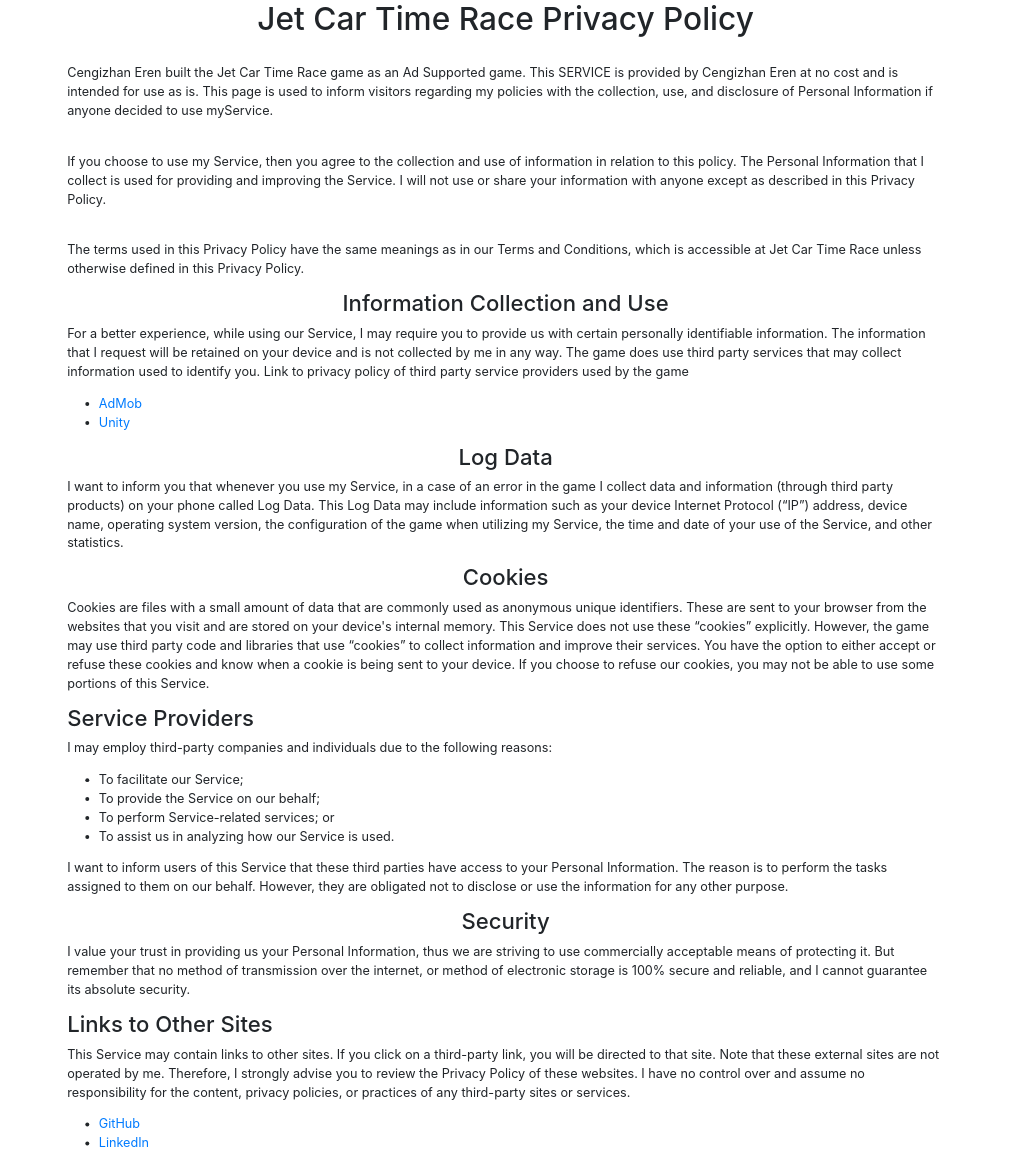
Repository: CengoCengo/cengocengo.github.io
Page: jetcartimeraceprivacypolicy.html
The author's editor kept a copy of each file at every save. The page is drawn from the files as they stood at one save, then again after the next save.
The browser window is 1280 px wide. The pictures show the whole page, at 79% of full size.

Above is the page before, as saved 2022-10-11 14:49:06.

### jetcartimeraceprivacypolicy.html
<!DOCTYPE html>
<html lang="en">
<head>
    <meta charset="UTF-8">
    <meta http-equiv="X-UA-Compatible" content="IE=edge">
    <meta name="viewport" content="width=device-width, initial-scale=1, user-scalable=no">
    <link rel="stylesheet" href="https://cdn.jsdelivr.net/npm/bootstrap@4.3.1/dist/css/bootstrap.min.css" integrity="sha384-ggOyR0iXCbMQv3Xipma34MD+dH/1fQ784/j6cY/iJTQUOhcWr7x9JvoRxT2MZw1T" crossorigin="anonymous">

    <!-- <script>
        var firstClick = false
        document.onclick= function(event) {
            if(firstClick == false) {
                var audio = document.createElement("AUDIO")
                audio.setAttribute('id','audioId');
                document.body.appendChild(audio);
                audio.src = "startup.mp3"
                audio.play()
            }
            firstClick = true
        }
    </script> -->


    <title>Jet Car Time Race Privacy Policy</title>
</head>
<body>

    <body class="container">

			<div id="main">
				<!-- Header -->
					<header id="header">
						<h1 class ="text-center">  Jet Car Time Race Privacy Policy </h1>
                        <br>
        				<p>Cengizhan Eren built the Jet Car Time Race game as an Ad Supported game. This SERVICE is provided by Cengizhan Eren at no cost and is intended for use as is. This page is used to inform visitors regarding my policies with the collection, use, and disclosure of Personal Information if anyone decided to use myService.</p> <br>
                        <p>
                            If you choose to use my Service, then you agree to the collection and use of information in relation to this policy. The Personal Information that I
collect is used for providing and improving the Service. I will not use or share your information with anyone except as described in this Privacy Policy.
                        </p>    <br>

                        <p>
                            The terms used in this Privacy Policy have the same meanings as in our Terms and Conditions, which is accessible at Jet Car Time Race unless
otherwise defined in this Privacy Policy.
                        </p>

                        <h3 class="text-center" >
                            Information Collection and Use
                        </h3>

                        <p>
                            For a better experience, while using our Service, I may require you to provide us with certain personally identifiable information. The information that I
request will be retained on your device and is not collected by me in any way.
The game does use third party services that may collect information used to identify you.
Link to privacy policy of third party service providers used by the game
                        </p>

                        <ul>
                            <li><a href="https://support.google.com/admob/answer/6128543?hl=en" target="_blank" class="icon brands fa-github"><span>AdMob</span></a></li>
							<li><a href="https://unity.com/legal/privacy-policy" target="_blank" class="icon brands fa-linkedin"><span>Unity</span></a></li>
                        </ul>

                        <h3 class="text-center">Log Data</h3>
                        <p>
                            I want to inform you that whenever you use my Service, in a case of an error in the game I collect data and information (through third party products)
on your phone called Log Data. This Log Data may include information such as your device Internet Protocol (“IP”) address, device name, operating
system version, the configuration of the game when utilizing my Service, the time and date of your use of the Service, and other statistics.
                        </p>

                        <h3 class="text-center">Cookies</h3>
                        <p>
                            Cookies are files with a small amount of data that are commonly used as anonymous unique identifiers. These are sent to your browser from the
websites that you visit and are stored on your device's internal memory.
This Service does not use these “cookies” explicitly. However, the game may use third party code and libraries that use “cookies” to collect information
and improve their services. You have the option to either accept or refuse these cookies and know when a cookie is being sent to your device. If you
choose to refuse our cookies, you may not be able to use some portions of this Service.
                        </p>

                        <h3>Service Providers</h3>
                        <p>
                            I may employ third-party companies and individuals due to the following reasons:
                        </p>

                        <ul>
                            <li>To facilitate our Service;</li>
                            <li>To provide the Service on our behalf;</li>
                            <li>To perform Service-related services; or </li>
                            <li>To assist us in analyzing how our Service is used.

                         </ul>

                        <p>
                            I want to inform users of this Service that these third parties have access to your Personal Information. The reason is to perform the tasks assigned to
them on our behalf. However, they are obligated not to disclose or use the information for any other purpose.
                        </p>

                        <h3 class="text-center">
                            Security
                        </h3>
                        <p>
                            I value your trust in providing us your Personal Information, thus we are striving to use commercially acceptable means of protecting it. But remember
that no method of transmission over the internet, or method of electronic storage is 100% secure and reliable, and I cannot guarantee its absolute
security.
                        </p>

                        <h3>
                            Links to Other Sites
                        </h3>
                        <p>
                            This Service may contain links to other sites. If you click on a third-party link, you will be directed to that site. Note that these external sites are not
operated by me. Therefore, I strongly advise you to review the Privacy Policy of these websites. I have no control over and assume no responsibility for
the content, privacy policies, or practices of any third-party sites or services.
                        </p>




						<nav>
							<ul>
								<li><a href="https://github.com/cengocengo" target="_blank" class="icon brands fa-github"><span>GitHub</span></a></li>
								<li><a href="https://www.linkedin.com/in/cengizhan-eren" target="_blank" class="icon brands fa-linkedin"><span>LinkedIn</span></a></li>
							</ul>
						</nav>
					</header>
			</div>

        <script src="https://code.jquery.com/jquery-3.3.1.slim.min.js" integrity="sha384-q8i/X+965DzO0rT7abK41JStQIAqVgRVzpbzo5smXKp4YfRvH+8abtTE1Pi6jizo" crossorigin="anonymous"></script>
        <script src="https://cdn.jsdelivr.net/npm/popper.js@1.14.7/dist/umd/popper.min.js" integrity="sha384-UO2eT0CpHqdSJQ6hJty5KVphtPhzWj9WO1clHTMGa3JDZwrnQq4sF86dIHNDz0W1" crossorigin="anonymous"></script>
        <script src="https://cdn.jsdelivr.net/npm/bootstrap@4.3.1/dist/js/bootstrap.min.js" integrity="sha384-JjSmVgyd0p3pXB1rRibZUAYoIIy6OrQ6VrjIEaFf/nJGzIxFDsf4x0xIM+B07jRM" crossorigin="anonymous"></script>
</body>
</html>

After the next save:
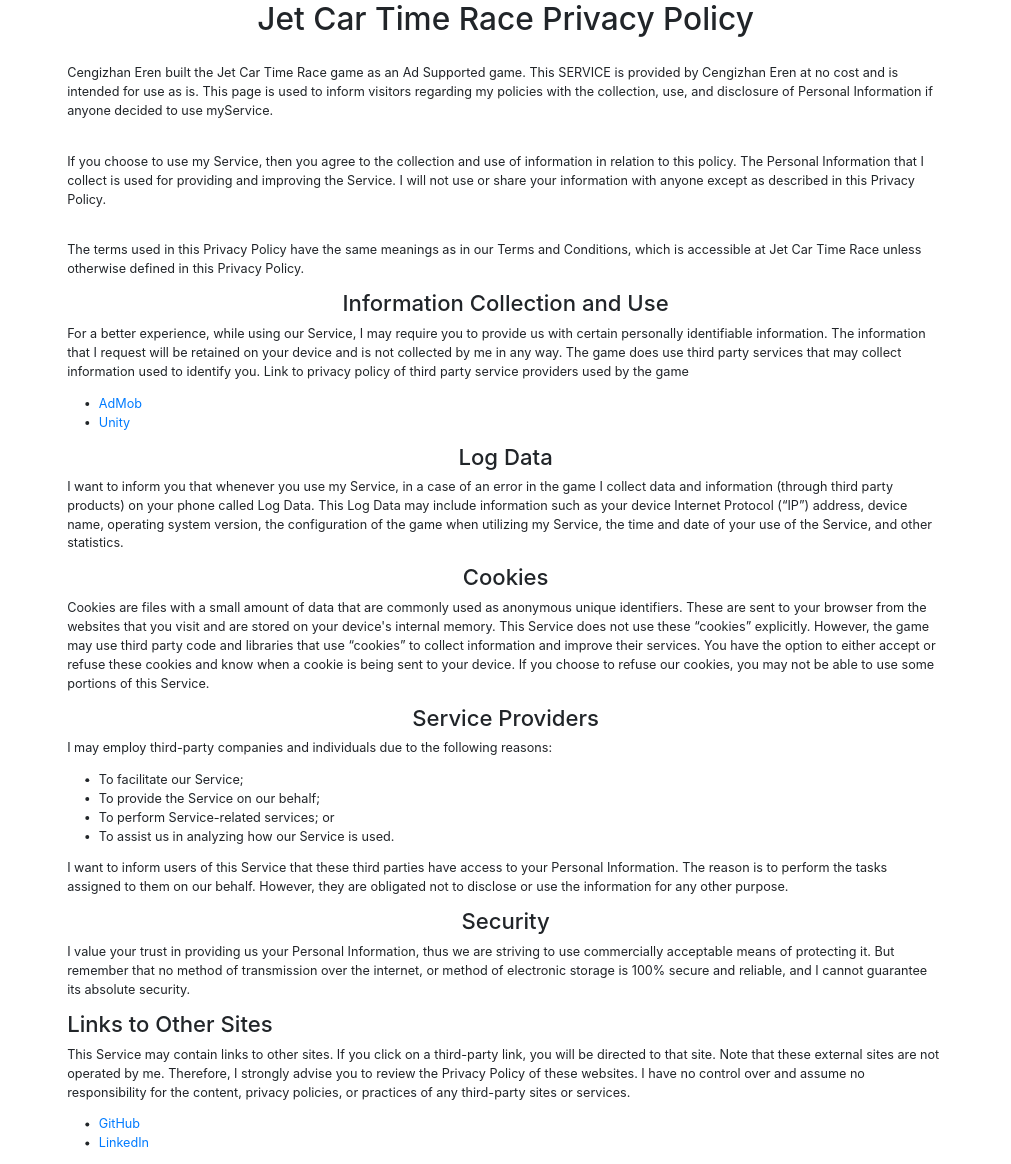
Saved 20 s later.
--- a/jetcartimeraceprivacypolicy.html
+++ b/jetcartimeraceprivacypolicy.html
@@ -75,7 +75,7 @@
 choose to refuse our cookies, you may not be able to use some portions of this Service.
                         </p>
 
-                        <h3>Service Providers</h3>
+                        <h3 class="text-center">Service Providers</h3>
                         <p>
                             I may employ third-party companies and individuals due to the following reasons:
                         </p>
